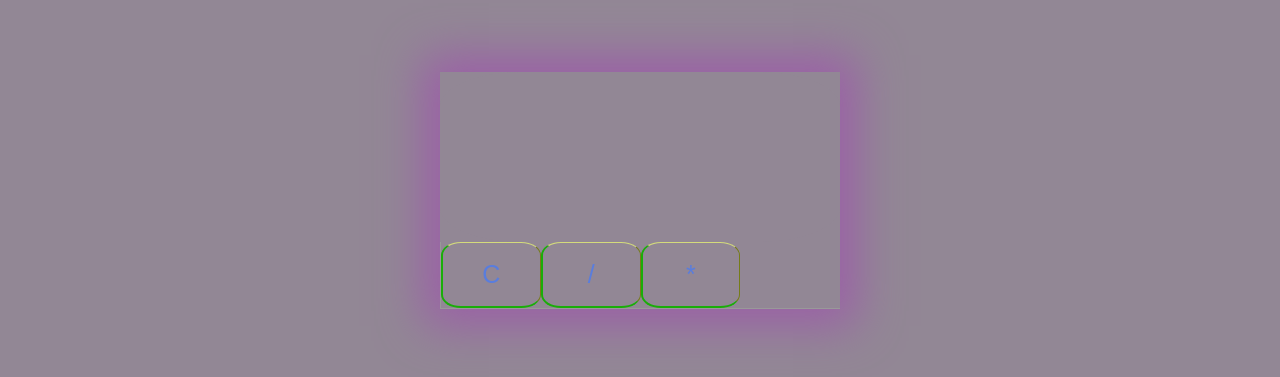
Repository: LuisMiLR/Calculatrice-with-JS---HTML---CSS-
Page: index.html
An editor plug-in stored every save of this project. The page is shown before and after the next save, followed by the edit.
The browser window is 1280 px wide. The pictures show the whole page.

Above is the page before, as saved 2023-03-20 21:32:50.
Console error: ReferenceError: bouton3 is not defined

### index.html
<!DOCTYPE html>
<html lang="fr">
<head>
    <meta charset="UTF-8">
    <meta http-equiv="X-UA-Compatible" content="IE=edge">
    <meta name="viewport" content="width=device-width, initial-scale=1.0">
    <title>Calculator with javascript</title>
    <link rel="stylesheet" href="./style.css">

</head>
<body>
    <div class="container"></div>
    <script src="app.js" type="module"></script>
</body>
</html>

### style.css
*{
    padding: 0;
    margin: 0;
    font-family: sans-serif;
    box-sizing: border-box;
    background-color: rgb(146, 135, 149);
}
.container {
    max-width: 400px;
    margin: 10vh auto 0 auto;
    box-shadow: 0px 0px 43px 17px rgb(155, 96, 167);
}

#display {
    text-align: right;
    height: 170px;
    border: #999;
    border-radius: 20%;
    line-height: 70px;
    padding: 16px 8px;
    font-size: 25px;
}

.buttons {
    display: grid;
    border-bottom: 1px solid #999;
    border-left: 1px solid#999;
    color: rgb(89, 125, 222);
    grid-template-columns: 1fr 1fr 1fr 1fr;
}

.buttons > div {
    border-top: 1px solid #d4db7b;
    border-right: 1px solid#767c18;
}

.bouton,
.bouton1,
.bouton2,
.bouton3,
.bouton4,
.bouton5,
.bouton6,
.bouton7,
.bouton8,
.bouton9,
.bouton10,
.bouton11,
.bouton12,
.bouton13,
.bouton14,
.bouton15,
.bouton16,
.bouton17,
.bouton18,
.bouton19
{
    border: 2.5px solid #19ae08;
    line-height: 63px;
    border-radius: 20%;
    text-align: center;
    font-size: 25px;
    cursor: pointer;
}

#egal {
    background-color: rgb(40, 40, 141);
    color: white;
}

.bouton:hover,
.bouton1:hover,
.bouton2:hover,
.bouton3:hover,
.bouton4:hover,
.bouton5:hover,
.bouton6:hover,
.bouton7:hover,
.bouton8:hover,
.bouton9:hover,
.bouton10:hover,
.bouton11:hover,
.bouton12:hover,
.bouton13:hover,
.bouton14:hover,
.bouton15:hover,
.bouton16:hover,
.bouton17:hover,
.bouton18:hover,
.bouton19:hover {
    background-color: rgb(105, 42, 126);
    transition: 0.5s ease-in-out;
}

### app.js
//document.addEventListener('DOMContentLoaded', () => {
const container = document.querySelector('.container');

const divId = document.createElement("div");
container.appendChild(divId);
divId.id = 'display';

let buttons = document.createElement("div");
buttons.classList.add("buttons");
container.appendChild(buttons);

const button = document.createElement('div');
button.className = "bouton";
button.textContent = "C";
buttons.appendChild(button);

const button1 = document.createElement('div');
button1.className = "bouton1";
button1.textContent = "/";
buttons.appendChild(button1);

const button2 = document.createElement('div');
button2.className = "bouton2";
button2.textContent = "*";
buttons.appendChild(button2);

const button3 = document.createElement('div');
button3.className = "bouton3";
button3.textContent = "CE";
buttons.appendChild(bouton3);

const button4 = document.createElement('div');
button4.className = "bouton4";
button4.textContent = "7";
buttons.appendChild(bouton4);

const button5 = document.createElement('div');
button5.className = "bouton5";
button5.textContent = "8";
buttons.appendChild(bouton5);

const button6 = document.createElement('div');
button6.className = "bouton6";
button6.textContent = "9";
buttons.appendChild(bouton6);

const button7 = document.createElement('div');
button7.className = "bouton7";
button7.textContent = "-";
buttons.appendChild(bouton7);

const button8 = document.createElement('div');
button8.className = "bouton8";
button8.textContent = "4";
buttons.appendChild(bouton8);

const button9 = document.createElement('div');
button9.className = "bouton9";
button9.textContent = "5";
buttons.appendChild(bouton9);

const button10 = document.createElement('div');
button10.className = "bouton10";
button10.textContent = "6";
buttons.appendChild(bouton10);

const button11 = document.createElement('div');
button11.className = "bouton11";
button11.textContent = "+";
buttons.appendChild(boutn11);

const button12 = document.createElement('div');
button12.className = "bouton12";
button12.textContent = "1";
buttons.appendChild(bouton12);

const button13 = document.createElement('div');
button13.className = "bouton13";
button13.textContent = "2";
buttons.appendChild(bouton13);

const button14 = document.createElement('div');
button14.className = "bouton14";
button14.textContent = "3";
buttons.appendChild(bouton14);

const button15 = document.createElement('div');
button15.className = "bouton15";
button15.textContent = ".";
buttons.appendChild(bouton15);

const button16 = document.createElement('div');
button16.className = "bouton16";
button16.textContent = "(";
buttons.appendChild(bouton16);

const button17 = document.createElement('div');
button17.className = "bouton17";
button17.textContent = "0";
buttons.appendChild(bouton17);

const button18 = document.createElement('div');
button18.className = "bouton18";
button18.textContent = ")";
buttons.appendChild(bouton18);

const button19 = document.createElement("div");
button19.className = "bouton19";
button19.id = "egal";
button19.textContent = "=";
buttons.appendChild(bouton19);

let display = document.getElementById('display');
buttons = document.getElementsByClassName('bouton');
console.log(buttons);

/*buttons = Array.from(document.getElementsByClassName('bouton, bouton1, bouton2, bouton3, bouton4, bouton5, bouton6, bouton7, bouton8; bouton9, bouton10,bouton11, bouton12, bouton13, bouton14, bouton15, bouton16, bouton17, bouton18, bouton19'));

buttons.map( button => {
    button.addEventListener('click', (e) => {
        switch(e.target.innerText){
            case 'C':
                display.innerText = '';
                break;
            case 'CE':
                if(display.innerText){
                    display.innerText = display.innerText.slice(0,-1);
                }
                break;
            case '=':
                try{
                    display;innerText = eval(display.innerText);
                } catch {
                    display;innerText = 'Error';
                }
                break;
            default:
                display.innerText += e.target.innerText;
        }
    });
});*/

After the next save:
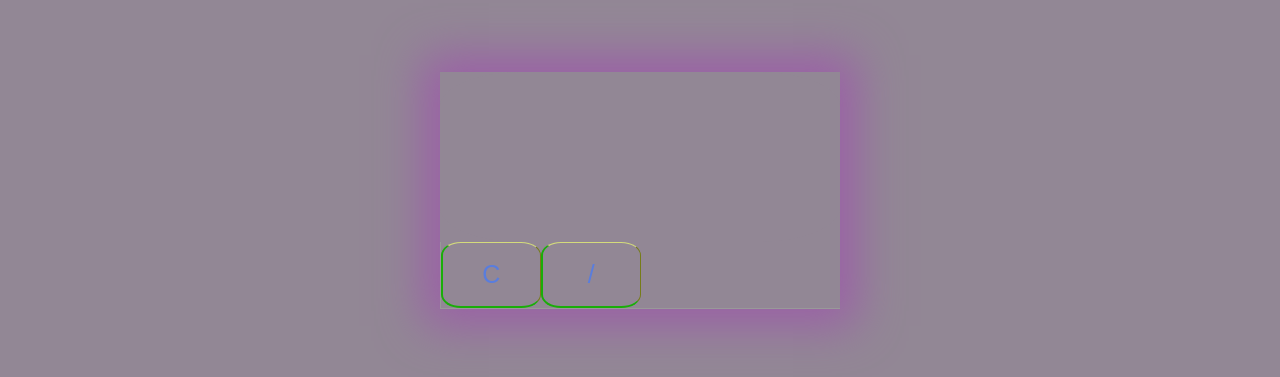
Console error: ReferenceError: bouton2 is not defined
Saved 15 s later.
--- a/app.js
+++ b/app.js
@@ -22,7 +22,7 @@ buttons.appendChild(button1);
 const button2 = document.createElement('div');
 button2.className = "bouton2";
 button2.textContent = "*";
-buttons.appendChild(button2);
+buttons.appendChild(bouton2);
 
 const button3 = document.createElement('div');
 button3.className = "bouton3";
@@ -77,38 +77,38 @@ buttons.appendChild(bouton12);
 const button13 = document.createElement('div');
 button13.className = "bouton13";
 button13.textContent = "2";
-buttons.appendChild(bouton13);
+buttons.appendChild(button13);
 
 const button14 = document.createElement('div');
 button14.className = "bouton14";
 button14.textContent = "3";
-buttons.appendChild(bouton14);
+buttons.appendChild(button14);
 
 const button15 = document.createElement('div');
 button15.className = "bouton15";
 button15.textContent = ".";
-buttons.appendChild(bouton15);
+buttons.appendChild(button15);
 
 const button16 = document.createElement('div');
 button16.className = "bouton16";
 button16.textContent = "(";
-buttons.appendChild(bouton16);
+buttons.appendChild(button16);
 
 const button17 = document.createElement('div');
 button17.className = "bouton17";
 button17.textContent = "0";
-buttons.appendChild(bouton17);
+buttons.appendChild(button17);
 
 const button18 = document.createElement('div');
 button18.className = "bouton18";
 button18.textContent = ")";
-buttons.appendChild(bouton18);
+buttons.appendChild(button18);
 
 const button19 = document.createElement("div");
 button19.className = "bouton19";
 button19.id = "egal";
 button19.textContent = "=";
-buttons.appendChild(bouton19);
+buttons.appendChild(button19);
 
 let display = document.getElementById('display');
 buttons = document.getElementsByClassName('bouton');
